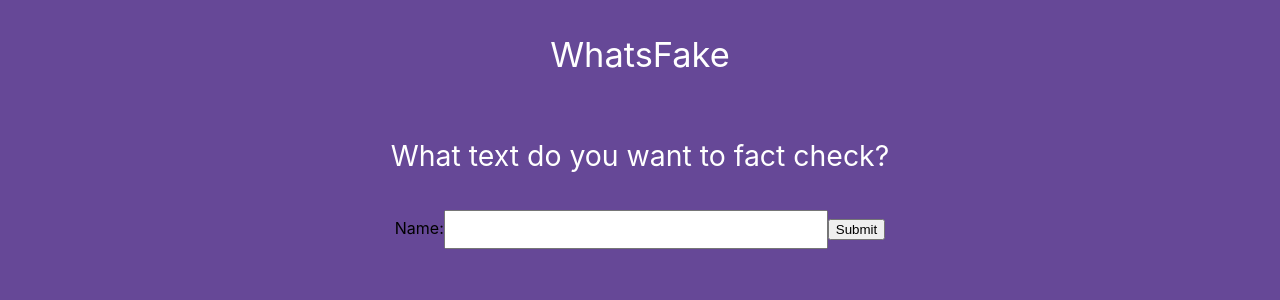
Repository: alkalox/FakeNews
Page: /
An editor plug-in stored every save of this project. The page is shown before and after the next save, followed by the edit.
The browser window is 1280 px wide. The pictures show the whole page.
The project was rebuilt for these pictures with package versions that can differ from the ones it lists, and the page was loaded fresh each time.

Above is the page before, as saved 2019-04-19 21:36:30.

After the next save:
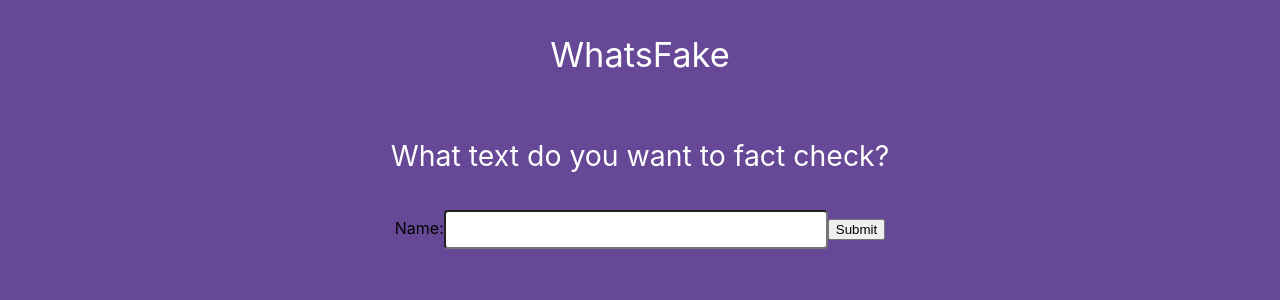
Saved 43 s later.
--- a/src/App.css
+++ b/src/App.css
@@ -20,6 +20,7 @@
   padding: 10px 18px;
   margin: 8px 0;
   box-sizing: border-box;
+  border-radius: 4px;
 }
 
 .text {
